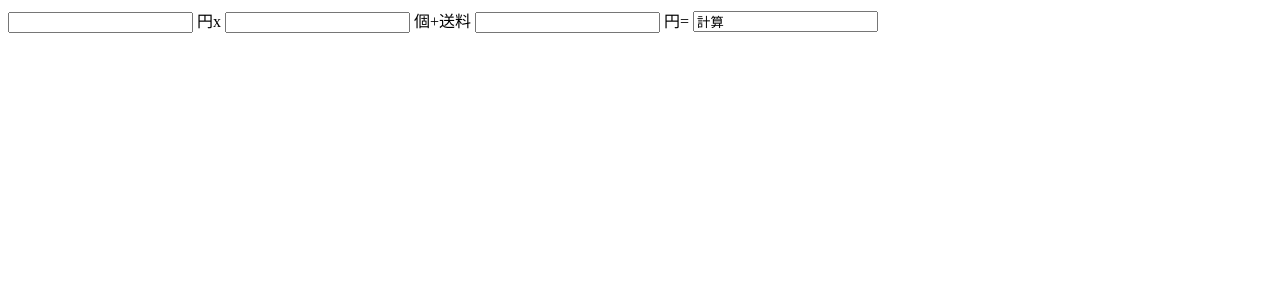
Repository: Wildbird-Yachou/test
Page: http://localhost/HelloJSP/
The author's editor kept a copy of each file at every save. The page is drawn from the files as they stood at one save, then again after the next save.
The browser window is 1280 px wide. The pictures show the whole page.
The page is served by Tomcat 9.

Above is the page before, as saved 2018-07-11 11:50:16.

### HelloJSP/WebContent/index.jsp
<%@ page language="java" contentType="text/html; charset=UTF-8" pageEncoding="UTF-8" %>
<!DOCTYPE html>
<html>
<head>
<meta charset="utf-8">
<title>TEST</title>
</head>
<body>
<form method="post" action="total-out.jsp">
<input type="text" name="price">
円x
<input type="text" name="count">
個+送料
<input type="text" name="delivery">
円=
<input tyoe="submit" value="計算">
</form>

</body>
</html>

After the next save:
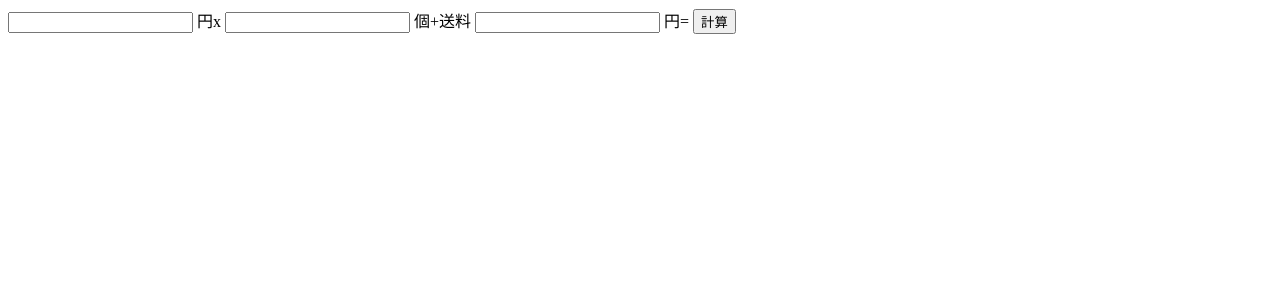
Saved 10 s later.
--- a/HelloJSP/WebContent/index.jsp
+++ b/HelloJSP/WebContent/index.jsp
@@ -13,7 +13,7 @@
 個+送料
 <input type="text" name="delivery">
 円=
-<input tyoe="submit" value="計算">
+<input type="submit" value="計算">
 </form>
 
 </body>
